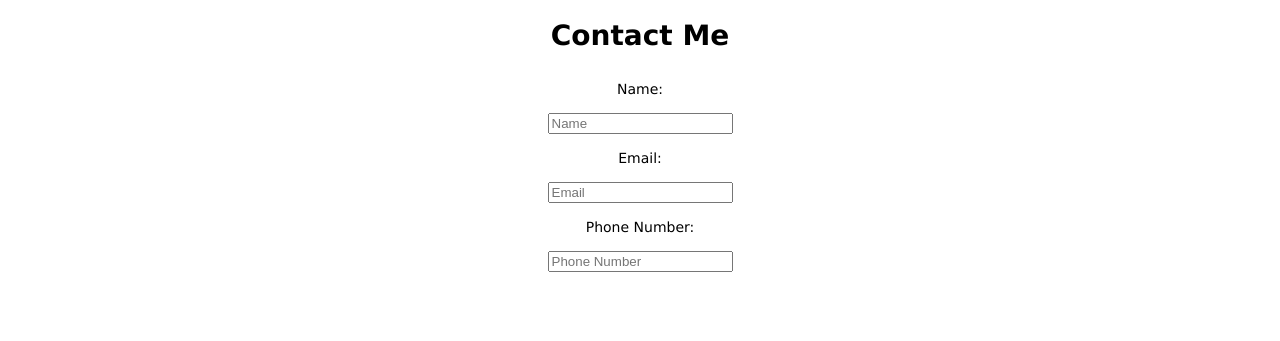
Repository: JanakanS95/COMP-229-Assignment-1
Page: http://localhost/contact
An editor plug-in stored every save of this project. The page is shown before and after the next save, followed by the edit.
The browser window is 1280 px wide. The pictures show the whole page.
The page is served by the project's Node server (app.js).

Above is the page before, as saved 2021-06-04 06:44:08.

After the next save:
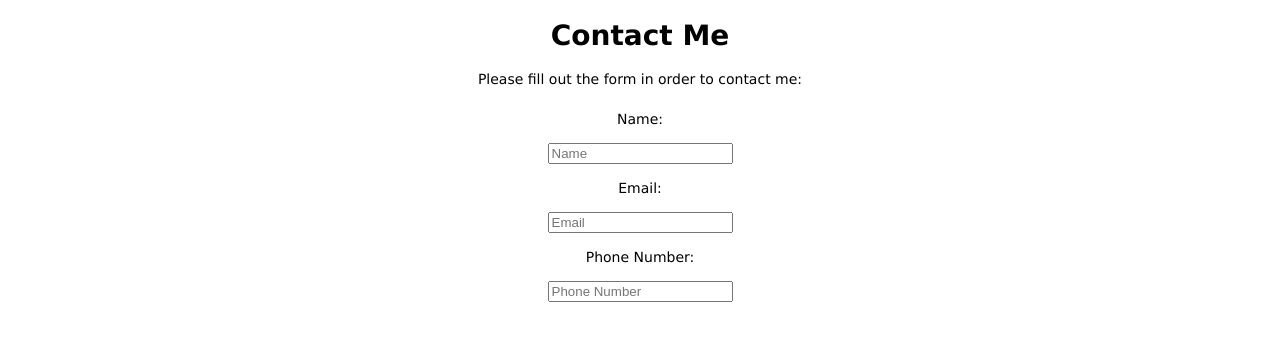
Saved 43 s later.
--- a/views/contact.ejs
+++ b/views/contact.ejs
@@ -9,6 +9,7 @@
 </head>
 <body>
     <h1><%= title %></h1>
+    <p>Please fill out the form in order to contact me:
     <div class = 'container'>
         <form>
             <label>Name:</label>
